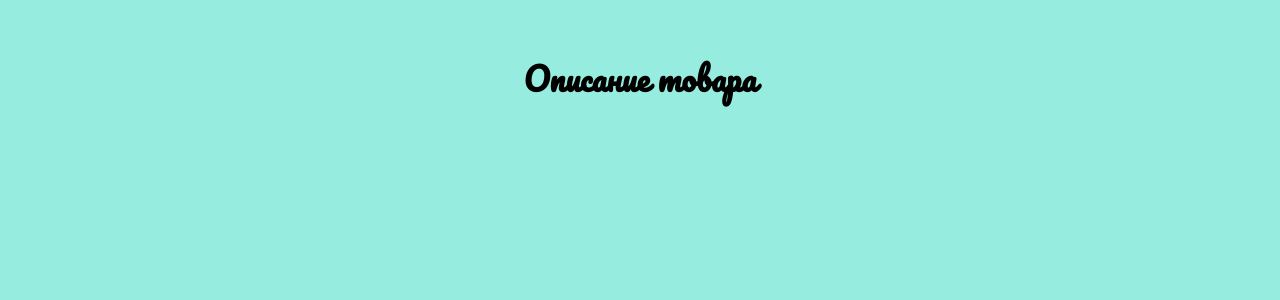
Repository: annamsklv/web
Page: seminar2_26.01/product page.html
An editor plug-in stored every save of this project. The page is shown before and after the next save, followed by the edit.
The browser window is 1280 px wide. The pictures show the whole page.

Above is the page before, as saved 2023-02-01 19:01:08.

### seminar2_26.01/product page.html
<!DOCTYPE html>
<html lang="en">
<head>
    <meta charset="UTF-8">
    <meta http-equiv="X-UA-Compatible" content="IE-edge">
    <meta name="viewport" content="width=device-width, initial-scale=1.0">
    <title>Продукт</title>
    <link rel="preconnect" href="https://fonts.googleapis.com">
<link rel="preconnect" href="https://fonts.gstatic.com" crossorigin>
<link href="https://fonts.googleapis.com/css2?family=Pacifico&display=swap" rel="stylesheet">
    <link rel="stylesheet" href="product style.css">

</head>


<body>

    <div class="header"></div>
    <h1 class="title">Описание товара</h1>

<div class="footer">


</div>

</body>
</html>

### seminar2_26.01/product style.css
* {
    margin: 0;
    padding: 0;
}

body{
    background-color: rgb(150, 236, 222);
}

.title{
    text-align: center;
    margin-top: 50px;
    font-family: 'Pacifico', cursive;
    color: ;
}

After the next save:
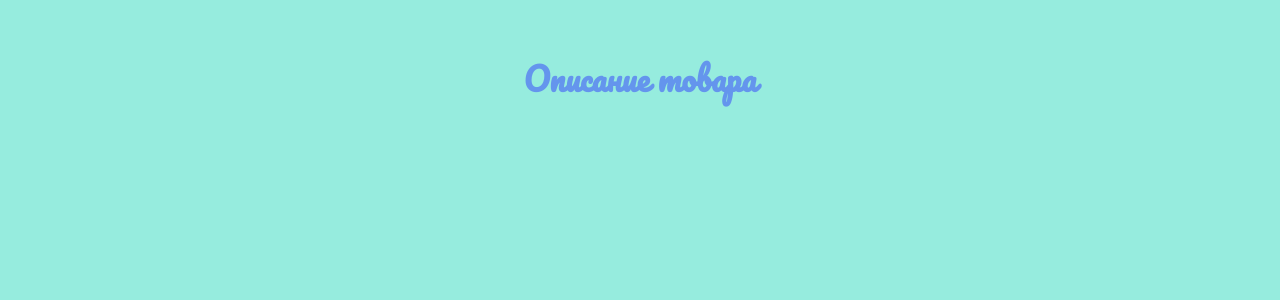
Saved 6 s later.
--- a/seminar2_26.01/product style.css
+++ b/seminar2_26.01/product style.css
@@ -11,5 +11,5 @@
     text-align: center;
     margin-top: 50px;
     font-family: 'Pacifico', cursive;
-    color: ;
+    color: cornflowerblue;
 }
